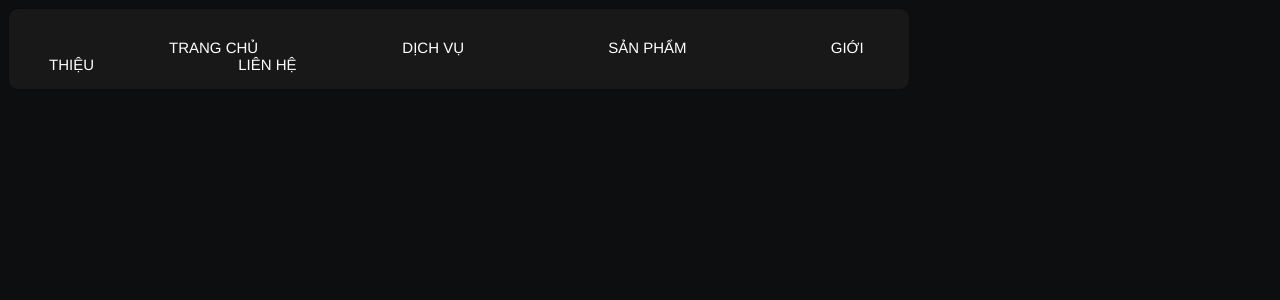
Repository: andytrn0/ElectronJS
Page: GUI/index.html
An editor plug-in stored every save of this project. The page is shown before and after the next save, followed by the edit.
The browser window is 1280 px wide. The pictures show the whole page.

Above is the page before, as saved 2024-10-15 14:05:39.

After the next save:
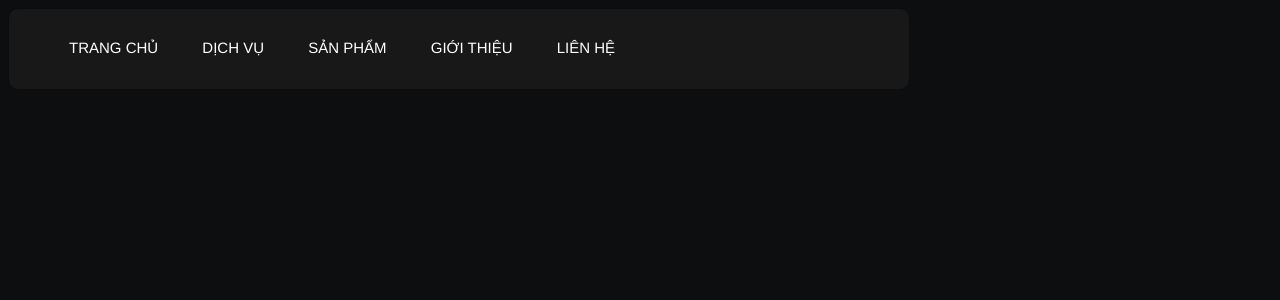
Saved 6 s later.
--- a/CSS/index.css
+++ b/CSS/index.css
@@ -22,7 +22,7 @@
 {
   list-style-type: none;
   display: inline;
-  margin-left: 100px;
+  margin-left: 0px;
 }
 #menu ul li a:link
 {
